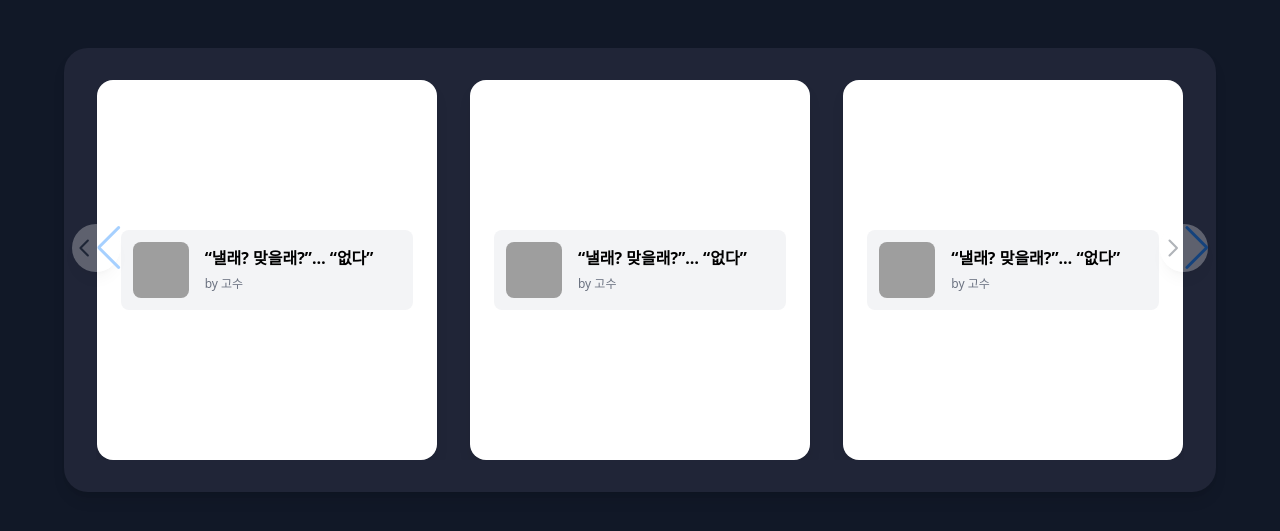
Repository: hyerim1234/travelblog
Page: html/slide2.html
The author's editor kept a copy of each file at every save. The page is drawn from the files as they stood at one save, then again after the next save.
The browser window is 1280 px wide. The pictures show the whole page.
Pictures or frames that could not be fetched are drawn as grey boxes. Some web libraries are served in a nearby version.

Above is the page before, as saved 2025-06-05 13:21:24.

### html/slide2.html
<!DOCTYPE html>
<html lang="ko">
<head>
  <meta charset="UTF-8" />
  <meta name="viewport" content="width=device-width, initial-scale=1.0"/>
  <title>슬라이드 박스 그룹형 브런치 슬라이더</title>
  <script src="https://cdn.tailwindcss.com"></script>
  <link rel="stylesheet" href="https://unpkg.com/swiper/swiper-bundle.min.css" />
  <style>
    .swiper-container { overflow: hidden; }
    .swiper-pagination {
      display: flex !important;
      justify-content: center;
      margin-top: 1.5rem;
    }
    .swiper-pagination-bullet {
      width: auto;
      height: auto;
      opacity: 0.5;
      color: #999;
      margin: 0 0.25rem;
      font-size: 1rem;
      padding-bottom: 0.15rem;
      cursor: pointer;
    }
    .swiper-pagination-bullet-active {
      opacity: 1;
      color: #000;
      border-bottom: 2px solid #000;
    }
    .swiper-button-prev, .swiper-button-next {
      top: 50% !important;
      transform: translateY(-50%);
    }
  </style>
</head>
<body class="bg-gray-900">

  <section class="py-12 overflow-x-hidden">
    <div class="container mx-auto px-4">
      <div class="flex justify-center">
        <!-- 3개 슬라이드+네비를 감싸는 긴 배경 박스 -->
        <div class="relative w-full max-w-6xl bg-[#202537] rounded-3xl shadow-lg px-8 py-8 overflow-hidden">
          <div class="swiper-container">
            <div class="swiper-wrapper">
              <!-- ...슬라이드 반복(아래 예시) -->
              <div class="swiper-slide flex justify-center">
                <div class="bg-white rounded-2xl shadow-lg w-[340px] h-[380px] flex flex-col justify-center gap-4 p-6">
                  <!-- 카드 내용... -->
                  <div class="flex items-center gap-4 bg-gray-100 rounded-lg p-3">
                    <img src="https://picsum.photos/id/1069/60/60" class="rounded-lg w-14 h-14 object-cover" />
                    <div>
                      <p class="font-semibold">“낼래? 맞을래?”… “없다”</p>
                      <span class="text-xs text-gray-500">by 고수</span>
                    </div>
                  </div>
                  <!-- ...이하 동일하게 카드 채우기 -->
                </div>
              </div>
              <!-- 슬라이드 박스 2~6... 동일하게 복붙 -->
               <div class="swiper-slide flex justify-center">
                <div class="bg-white rounded-2xl shadow-lg w-[340px] h-[380px] flex flex-col justify-center gap-4 p-6">
                  <!-- 카드 내용... -->
                  <div class="flex items-center gap-4 bg-gray-100 rounded-lg p-3">
                    <img src="https://picsum.photos/id/1069/60/60" class="rounded-lg w-14 h-14 object-cover" />
                    <div>
                      <p class="font-semibold">“낼래? 맞을래?”… “없다”</p>
                      <span class="text-xs text-gray-500">by 고수</span>
                    </div>
                  </div>
                  <!-- ...이하 동일하게 카드 채우기 -->
                </div>
              </div>
              <div class="swiper-slide flex justify-center">
                <div class="bg-white rounded-2xl shadow-lg w-[340px] h-[380px] flex flex-col justify-center gap-4 p-6">
                  <!-- 카드 내용... -->
                  <div class="flex items-center gap-4 bg-gray-100 rounded-lg p-3">
                    <img src="https://picsum.photos/id/1069/60/60" class="rounded-lg w-14 h-14 object-cover" />
                    <div>
                      <p class="font-semibold">“낼래? 맞을래?”… “없다”</p>
                      <span class="text-xs text-gray-500">by 고수</span>
                    </div>
                  </div>
                  <!-- ...이하 동일하게 카드 채우기 -->
                </div>
              </div>
              <!-- ... -->
            </div>
            <!-- 네비/페이지네이션은 swiper-container 안쪽에 위치 -->
            <button class="swiper-button-prev absolute top-1/2 left-2 z-10 w-12 h-12 bg-white bg-opacity-80 hover:bg-opacity-100 rounded-full flex items-center justify-center shadow-lg" aria-label="Previous slide">
              <svg xmlns="http://www.w3.org/2000/svg" class="w-6 h-6 text-gray-800" fill="none" viewBox="0 0 24 24" stroke="currentColor">
                <path stroke-linecap="round" stroke-linejoin="round" stroke-width="2" d="M15 19l-7-7 7-7" />
              </svg>
            </button>
            <button class="swiper-button-next absolute top-1/2 right-2 z-10 w-12 h-12 bg-white bg-opacity-80 hover:bg-opacity-100 rounded-full flex items-center justify-center shadow-lg" aria-label="Next slide">
              <svg xmlns="http://www.w3.org/2000/svg" class="w-6 h-6 text-gray-800" fill="none" viewBox="0 0 24 24" stroke="currentColor">
                <path stroke-linecap="round" stroke-linejoin="round" stroke-width="2" d="M9 5l7 7-7 7" />
              </svg>
            </button>
            <div class="swiper-pagination"></div>
          </div>
        </div>
      </div>
    </div>
  </section>

  <script src="https://unpkg.com/swiper/swiper-bundle.min.js"></script>
  <script>
    const swiper = new Swiper('.swiper-container', {
      slidesPerView: 3,
      slidesPerGroup: 3,
      spaceBetween: 32,
      centeredSlides: false,
      navigation: {
        nextEl: '.swiper-button-next',
        prevEl: '.swiper-button-prev',
      },
      pagination: {
        el: '.swiper-pagination',
        clickable: true,
        renderBullet: (idx, className) => {
          const num = idx+1 < 10 ? '0'+(idx+1) : (idx+1);
          return `<span class="${className}">${num}</span>`;
        },
      },
      breakpoints: {
        1280: { slidesPerView: 3, slidesPerGroup: 3, spaceBetween: 32 },
        1024: { slidesPerView: 2, slidesPerGroup: 2, spaceBetween: 24 },
        640:  { slidesPerView: 1, slidesPerGroup: 1, spaceBetween: 16 },
      },
    });
  </script>
</body>
</html>

After the next save:
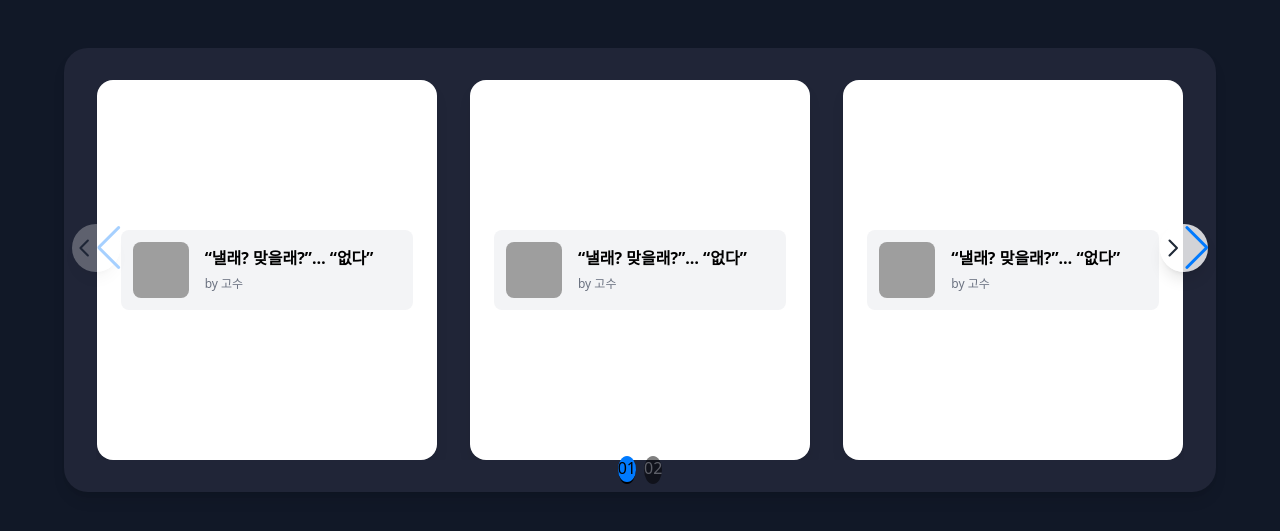
Saved 9 s later.
--- a/html/slide2.html
+++ b/html/slide2.html
@@ -84,6 +84,48 @@
                   <!-- ...이하 동일하게 카드 채우기 -->
                 </div>
               </div>
+
+              <div class="swiper-slide flex justify-center">
+                <div class="bg-white rounded-2xl shadow-lg w-[340px] h-[380px] flex flex-col justify-center gap-4 p-6">
+                  <!-- 카드 내용... -->
+                  <div class="flex items-center gap-4 bg-gray-100 rounded-lg p-3">
+                    <img src="https://picsum.photos/id/1069/60/60" class="rounded-lg w-14 h-14 object-cover" />
+                    <div>
+                      <p class="font-semibold">“낼래? 맞을래?”… “없다”</p>
+                      <span class="text-xs text-gray-500">by 고수</span>
+                    </div>
+                  </div>
+                  <!-- ...이하 동일하게 카드 채우기 -->
+                </div>
+              </div>
+
+              <div class="swiper-slide flex justify-center">
+                <div class="bg-white rounded-2xl shadow-lg w-[340px] h-[380px] flex flex-col justify-center gap-4 p-6">
+                  <!-- 카드 내용... -->
+                  <div class="flex items-center gap-4 bg-gray-100 rounded-lg p-3">
+                    <img src="https://picsum.photos/id/1069/60/60" class="rounded-lg w-14 h-14 object-cover" />
+                    <div>
+                      <p class="font-semibold">“낼래? 맞을래?”… “없다”</p>
+                      <span class="text-xs text-gray-500">by 고수</span>
+                    </div>
+                  </div>
+                  <!-- ...이하 동일하게 카드 채우기 -->
+                </div>
+              </div>
+
+              <div class="swiper-slide flex justify-center">
+                <div class="bg-white rounded-2xl shadow-lg w-[340px] h-[380px] flex flex-col justify-center gap-4 p-6">
+                  <!-- 카드 내용... -->
+                  <div class="flex items-center gap-4 bg-gray-100 rounded-lg p-3">
+                    <img src="https://picsum.photos/id/1069/60/60" class="rounded-lg w-14 h-14 object-cover" />
+                    <div>
+                      <p class="font-semibold">“낼래? 맞을래?”… “없다”</p>
+                      <span class="text-xs text-gray-500">by 고수</span>
+                    </div>
+                  </div>
+                  <!-- ...이하 동일하게 카드 채우기 -->
+                </div>
+              </div>
               <!-- ... -->
             </div>
             <!-- 네비/페이지네이션은 swiper-container 안쪽에 위치 -->
